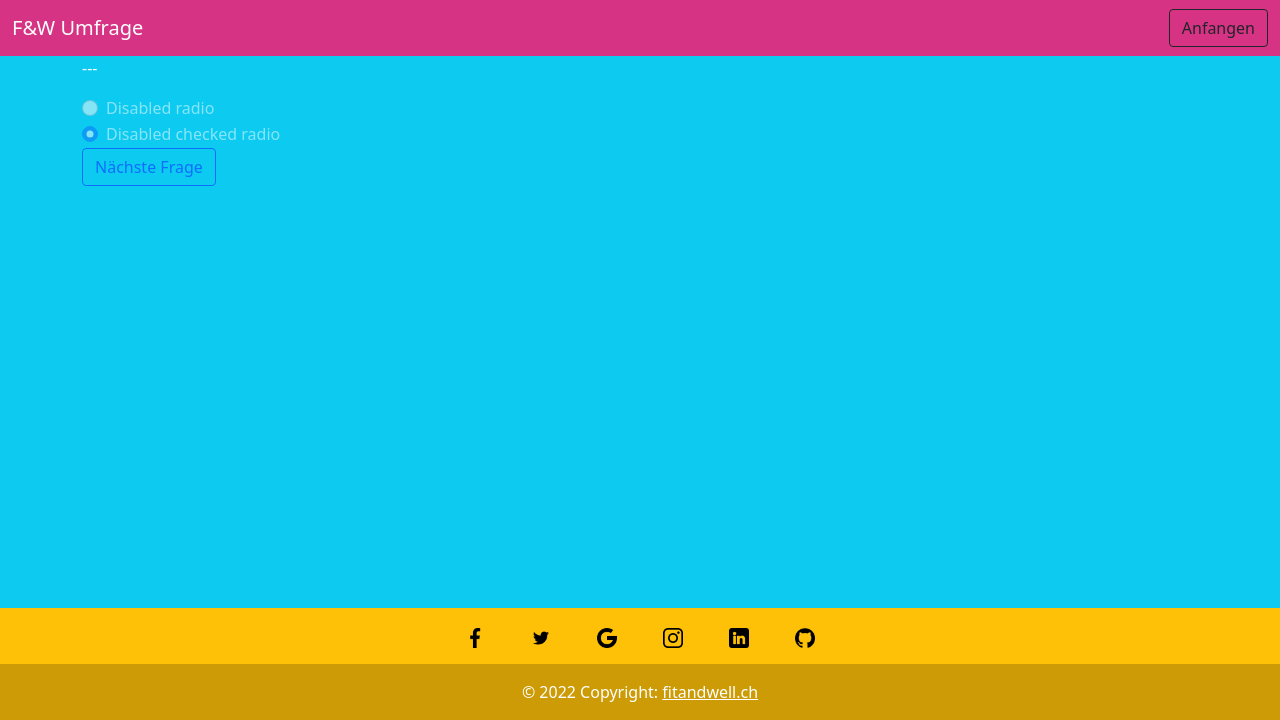
Repository: stephane71183101/Stephane-Personal-Health-Survey
Page: http://localhost/question-02.php
The author's editor kept a copy of each file at every save. The page is drawn from the files as they stood at one save, then again after the next save.
The browser window is 1280 px wide. The pictures show the whole page.
The page is run by PHP 8.4 with error messages shown; the project is at /var/www/html/.

Above is the page before, as saved 2022-03-17 14:06:19.

### question-02.php
<?php include 'includes/head.php'?>
<body class="bg-info">
<?php include 'includes/header.php'?>

<!-- Content -->

<div class="containerpt-5 pb-3 text-white">
    <div  class="container">
        <p>---</p>
    </div>
    <div class="container pb-5 text-white">
        <form retunr="" method="post" onsubmit="return validateRadio('single-choice');">
            <div class="form-check">
                <input class="form-check-input" type="radio" name="flexRadioDisabled" id="flexRadioDisabled" disabled>
                <label class="form-check-label" for="flexRadioDisabled">Disabled radio</label>
            </div>
            <div class="form-check">
                <input class="form-check-input" type="radio" name="flexRadioDisabled" id="flexRadioCheckedDisabled" checked disabled>
                <label class="form-check-label" for="flexRadioCheckedDisabled">Disabled checked radio</label>
            </div>
            <button type="submit" class="btn btn-outline-primary">Nächste Frage</button>
        </form>
</div>

<!-- Content -->

<?php include 'includes/footer.php'?>
</body>
</html>

### includes/head.php
<!DOCTYPE html>
<html lang="en">
<head>
    <meta charset="UTF-8">
    <meta http-equiv="X-UA-Compatible" content="IE=edge">
    <meta name="viewport" content="width=device-width, initial-scale=1.0">
    <title>Document</title>
    <link href="https://cdn.jsdelivr.net/npm/bootstrap@5.1.3/dist/css/bootstrap.min.css" rel="stylesheet" integrity="sha384-1BmE4kWBq78iYhFldvKuhfTAU6auU8tT94WrHftjDbrCEXSU1oBoqyl2QvZ6jIW3" crossorigin="anonymous">
    <script src="https://cdn.jsdelivr.net/npm/bootstrap@5.1.3/dist/js/bootstrap.bundle.min.js" integrity="sha384-ka7Sk0Gln4gmtz2MlQnikT1wXgYsOg+OMhuP+IlRH9sENBO0LRn5q+8nbTov4+1p" crossorigin="anonymous"></script>
</head>

### includes/header.php

<header>
<nav class="navbar navbar-expand-lg navbar-light" style="background-color:#d63384">
    <div class="container-fluid">
        <a class="navbar-brand text-white" href="#">F&W Umfrage</a>
    <div class="nav justify-content-end" id="navbarNav">
    <form class="d-flexme-2">
    <!--
    <button class="btn btn-outline-dark" type="submit">Vorige Seite</button>
    <button class="btn btn-outline-dark" type="submit">Nächste Seite</button>
    -->
    <?php

    include 'includes/nav-button-start.php'

    ?>

    </form>
</nav>
</header>

### includes/nav-button-start.php
<button class="btn btn-outline-dark" type="submit">Anfangen</button>

### includes/footer.php
<footer class="fixed-bottom">
        <div class="text-center text-white bg-warning">
        <!-- Grid container -->
        <div class="container pt-0">
            <!-- Section: Social media -->
            <section>
            <!-- Facebook -->
                <a class="btn btn-link btn-floating btn-lg text-dark m-1" href="#" role="button" data-mdb-ripple-color="dark"><img src="images/facebook.png" alt="Facebook-Logo" width="20"></a>
            <!-- Twitter -->
            <a class="btn btn-link btn-floating btn-lg text-dark m-1" href="#" role="button" data-mdb-ripple-color="dark"><img src="images/twitter.png" alt="Twitter-Logo" width="20"></a>
            <!-- Google -->
            <a class="btn btn-link btn-floating btn-lg text-dark m-1" href="#" role="button" data-mdb-ripple-color="dark"><img src="images/google.png" alt="Google-Logo" width="20"></a>
            <!-- Instagram -->
            <a class="btn btn-link btn-floating btn-lg text-dark m-1" href="#" role="button" data-mdb-ripple-color="dark"><img src="images/instagram.png" alt="Instagram-Logo" width="20"></a>
            <!-- Linkedin -->
            <a class="btn btn-link btn-floating btn-lg text-dark m-1" href="#" role="button" data-mdb-ripple-color="dark"><img src="images/linkedin.png" alt="LinkedIn-Logo" width="20"></a>
            <!-- GitHub -->
                <a class="btn btn-link btn-floating btn-lg text-dark m-1" href="#" role="button" data-mdb-ripple-color="dark"><img src="images/github.png" alt="GitHub-Logo" width="20"></a>
            </section>
            <!-- Section: Social media -->
        </div>
        <!-- Grid container -->
        <!-- Copyright -->
        <div class="text-center text-white p-3" style="background-color: rgba(0, 0, 0, 0.2);">
            © 2022 Copyright:
            <a class="text-white" href="#">fitandwell.ch</a>
        </div>
        <!-- Copyright -->
        </div>
    </footer>

After the next save:
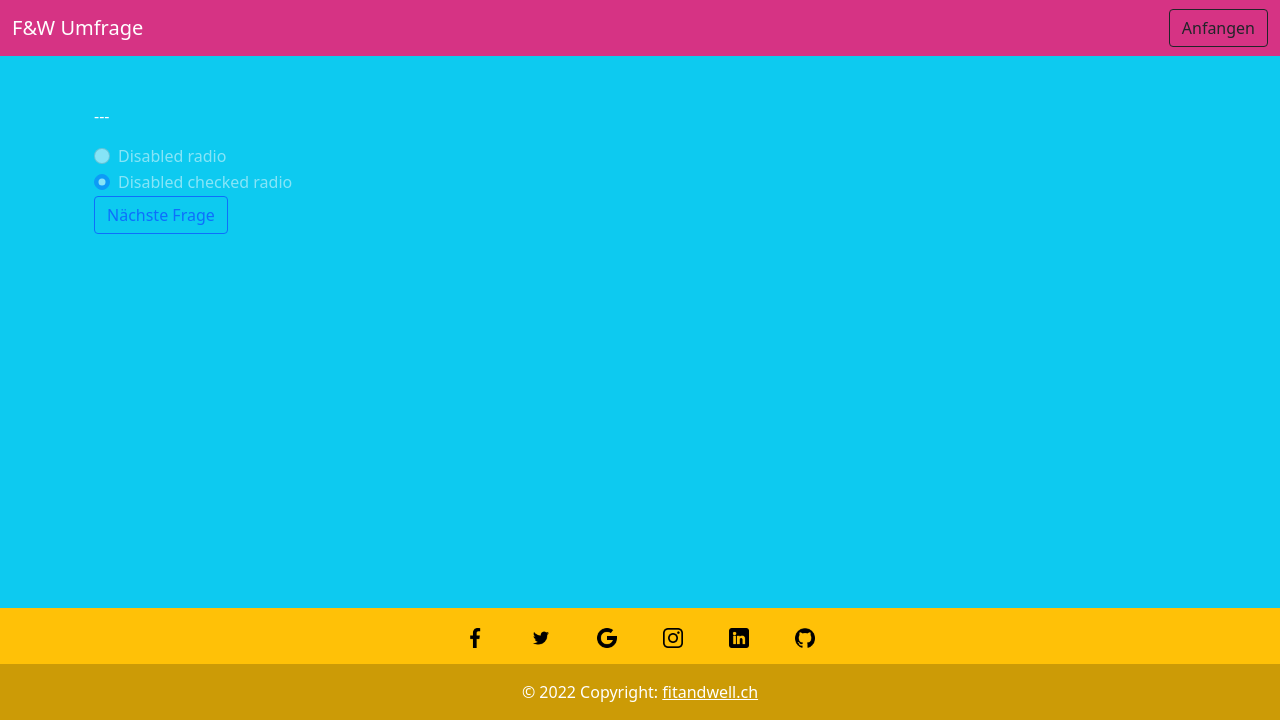
Saved 102 s later.
--- a/question-02.php
+++ b/question-02.php
@@ -4,7 +4,7 @@
 
 <!-- Content -->
 
-<div class="containerpt-5 pb-3 text-white">
+<div class="container pt-5 pb-3 text-white">
     <div  class="container">
         <p>---</p>
     </div>
